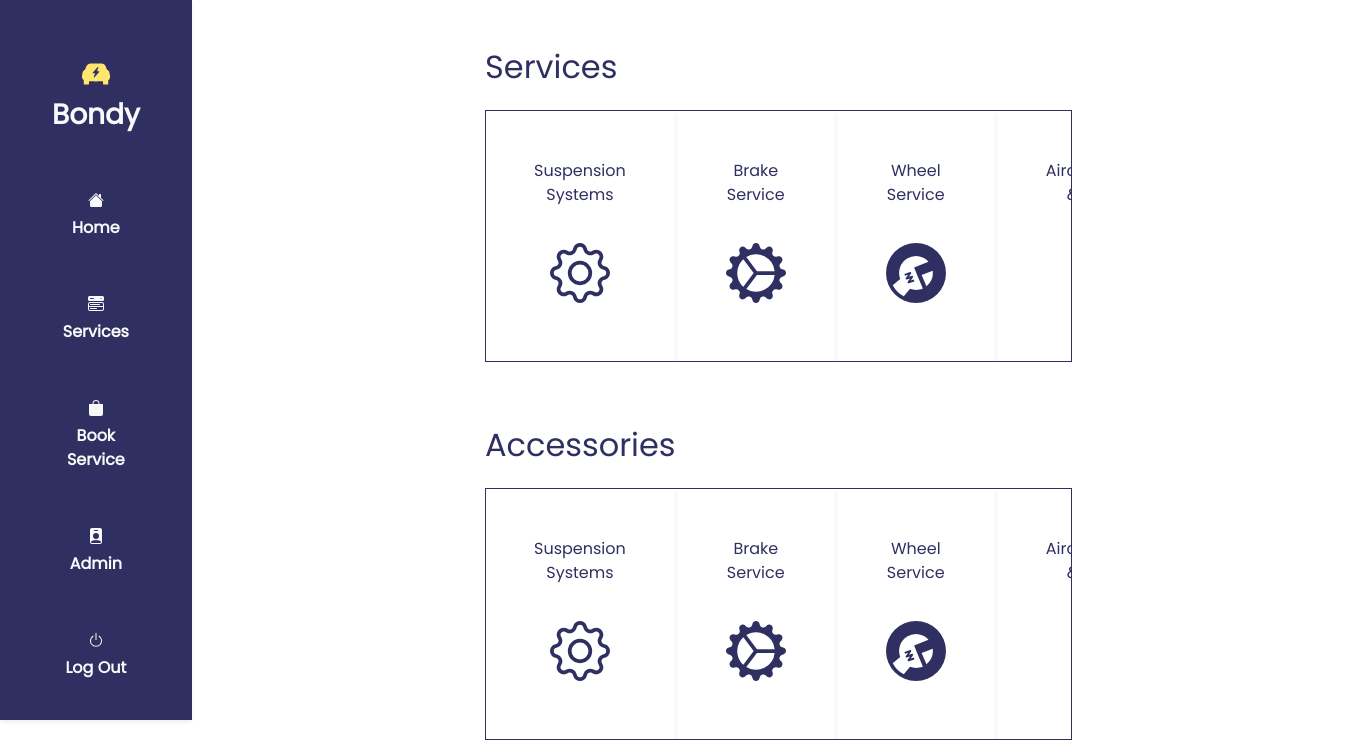
Repository: duzzisantos/bondy
Page: /
The author's editor kept a copy of each file at every save. The page is drawn from the files as they stood at one save, then again after the next save.
The browser window is 1280 px wide. The page is 1365 px wide, then 1280 px, then 1365 px, so the pictures cover 1365 px, including what lies to the right of the window. The pictures show the whole page.
Some web libraries are served in a nearby version. The project was rebuilt for these pictures with package versions that can differ from the ones it lists, and the page was loaded fresh each time.

Above is the page before, as saved 2023-06-18 01:31:13.

### public/index.html
<!DOCTYPE html>
<html lang="en">
  <head>
    <meta charset="utf-8" />
    <link rel="icon" href="%PUBLIC_URL%/favicon.ico" />
    <meta name="viewport" content="width=device-width, initial-scale=1" />
    <meta name="theme-color" content="#000000" />
    <meta
      name="description"
      content="Web site created using create-react-app"
    />
    <link rel="apple-touch-icon" href="%PUBLIC_URL%/logo192.png" />
    <!-- Option 1: Include in HTML -->
    <link
      rel="stylesheet"
      href="https://cdn.jsdelivr.net/npm/bootstrap-icons@1.3.0/font/bootstrap-icons.css"
    />
    <link rel="preconnect" href="https://fonts.googleapis.com" />
    <link rel="preconnect" href="https://fonts.gstatic.com" crossorigin />
    <!--
      manifest.json provides metadata used when your web app is installed on a
      user's mobile device or desktop. See https://developers.google.com/web/fundamentals/web-app-manifest/
    -->
    <link rel="manifest" href="%PUBLIC_URL%/manifest.json" />
    <!--
      Notice the use of %PUBLIC_URL% in the tags above.
      It will be replaced with the URL of the `public` folder during the build.
      Only files inside the `public` folder can be referenced from the HTML.

      Unlike "/favicon.ico" or "favicon.ico", "%PUBLIC_URL%/favicon.ico" will
      work correctly both with client-side routing and a non-root public URL.
      Learn how to configure a non-root public URL by running `npm run build`.
    -->
    <title>React App</title>
  </head>
  <body>
    <noscript>You need to enable JavaScript to run this app.</noscript>
    <div id="root"></div>
    <!--
      This HTML file is a template.
      If you open it directly in the browser, you will see an empty page.

      You can add webfonts, meta tags, or analytics to this file.
      The build step will place the bundled scripts into the <body> tag.

      To begin the development, run `npm start` or `yarn start`.
      To create a production bundle, use `npm run build` or `yarn build`.
    -->
  </body>
</html>

### src/index.js
import React from "react";
import ReactDOM from "react-dom/client";
import "./index.css";
import App from "./App";
import "bootstrap/dist/css/bootstrap.min.css";
import { BrowserRouter as Router } from "react-router-dom";

const root = ReactDOM.createRoot(document.getElementById("root"));
root.render(
  <React.StrictMode>
    <Router>
      <App />
    </Router>
  </React.StrictMode>
);

### src/App.js
import "./App.css";
import "bootstrap";
import SideBar from "./components/Navigation/SideBar";
import { Routes, Route } from "react-router-dom";
import LandingPage from "./views/LandingPage";
function App() {
  return (
    <div className="App d-flex flex-row flex-nowrap">
      <SideBar />
      <Routes>
        <Route path="/" element={<LandingPage />} />
        <Route path="/home" element={<LandingPage />} />
      </Routes>
    </div>
  );
}

export default App;

### src/App.css
@import url("https://fonts.googleapis.com/css2?family=Cabin&family=Montserrat:wght@200&family=Poppins&display=swap");

* {
  font-family: "Poppins", sans-serif;
}
.App {
  text-align: center;
}

.custom-color {
  color: #2f3061 !important;
}

.custom-bg-color {
  background-color: #2f3061;
}

.custom-border {
  border: 1px solid #2f3061;
}

### src/components/Navigation/SideBar.tsx
import React, { FunctionComponent } from "react";
import "react-bootstrap";
import "../../App.css";
import "./Navigation.scss";
import { Link } from "react-router-dom";
import {
  HouseFill,
  BagFill,
  PersonBadgeFill,
  Power,
  EvFrontFill,
  MenuButtonWideFill,
} from "react-bootstrap-icons";

const commonLinkClasses =
  "d-flex flex-column justify-content-center align-items-center p-1 gap-2 text-light text-decoration-none fw-bold";
const SideBar: FunctionComponent = () => {
  return (
    <div className="col-2 vh-100 custom-bg-color shadow-sm p-5 text-light d-flex flex-column vstack gap-5">
      <Link to={"/"} className={commonLinkClasses + " fs-3"}>
        <span>
          <EvFrontFill className="brand-icon-color" /> Bondy
        </span>
      </Link>
      <Link to={"/home"} className={commonLinkClasses}>
        <HouseFill />
        Home
      </Link>

      <Link to={"/services"} className={commonLinkClasses}>
        <MenuButtonWideFill />
        Services
      </Link>

      <Link to={"/book-service"} className={commonLinkClasses}>
        <BagFill />
        Book Service
      </Link>

      <Link to={"/admin"} className={commonLinkClasses}>
        <PersonBadgeFill />
        Admin
      </Link>

      <Link to={"/logout"} className={commonLinkClasses}>
        <Power />
        Log Out
      </Link>
    </div>
  );
};

export default SideBar;

### src/views/LandingPage.tsx
import React, { FunctionComponent } from "react";
import "../components/Home/LandingPage.scss";
import LandingPageScrollContainer from "src/components/Home/LandingPageScrollContainer";
import { servicesList } from "src/components/Home/landingPageContent";

const LandingPage: FunctionComponent = () => {
  const handleClick = () => {
    console.log("This was clicked");
  };
  return (
    <div className="col-lg-11 pt-5 vstack gap-5 d-flex flex-column align-items-center">
      <LandingPageScrollContainer
        content={servicesList}
        category="Services"
        handleClick={handleClick}
      />
      <LandingPageScrollContainer
        content={servicesList}
        category="Accessories"
        handleClick={handleClick}
      />
    </div>
  );
};

export default LandingPage;

### src/components/Navigation/Navigation.scss
.brand-icon-color {
  color: #ffe66d !important;
}

### src/components/Home/LandingPage.scss
.scroll-container-fixed {
  position: fixed !important;
}

.scroll-container-size {
  height: 330px !important;
}

.service-card {
  height: 270px !important;
}

.service-icon-font {
  font-size: 60px !important;
}

### src/components/Home/LandingPageScrollContainer.tsx
import React, { FunctionComponent } from "react";
import "../../App.css";
import { Link } from "react-router-dom";

interface ScrollContainerProps {
  content: any[];
  category: string;
  handleClick: any;
}
const LandingPageScrollContainer: FunctionComponent<ScrollContainerProps> = ({
  content,
  category,
  handleClick,
}) => {
  return (
    <section className="col-6 scroll-container-size">
      <h2 className="text-start mb-4 custom-color">{category}</h2>
      <div className="overflow-x-scroll w-100 d-flex flex-row hstack gap-1 custom-border">
        {content.map((element, index) => (
          <Link
            to={`/services/${element.category}`}
            key={index}
            className={`text-decoration-none text-dark p-5 shadow-sm d-flex flex-column vstack gap-3`}
            style={{ width: "450px" }}
            onClick={handleClick}
          >
            <span className="custom-color">{element.category}</span>
            <span className={`service-icon-font custom-color`}>
              {element.icon}
            </span>
          </Link>
        ))}
      </div>
    </section>
  );
};

export default LandingPageScrollContainer;

### src/components/Home/landingPageContent.tsx
import React from "react";
import {
  Gear,
  GearWideConnected,
  WrenchAdjustableCircleFill,
  Fan,
  DropletHalf,
  CarFrontFill,
} from "react-bootstrap-icons";
export const servicesList = [
  {
    id: 1,
    category: "Suspension Systems",
    icon: <Gear />,
  },
  {
    id: 2,
    category: "Brake Service",
    icon: <GearWideConnected />,
  },
  {
    id: 3,
    category: "Wheel Service",
    icon: <WrenchAdjustableCircleFill />,
  },
  {
    id: 4,
    category: "Airconditioning & Heating",
    icon: <Fan />,
  },
  {
    id: 5,
    category: "Oil Change",
    icon: <DropletHalf />,
  },
  {
    id: 6,
    category: "Body Work",
    icon: <CarFrontFill />,
  },
];

Loaded but not shown: src/index.css (common file)

After the next save:
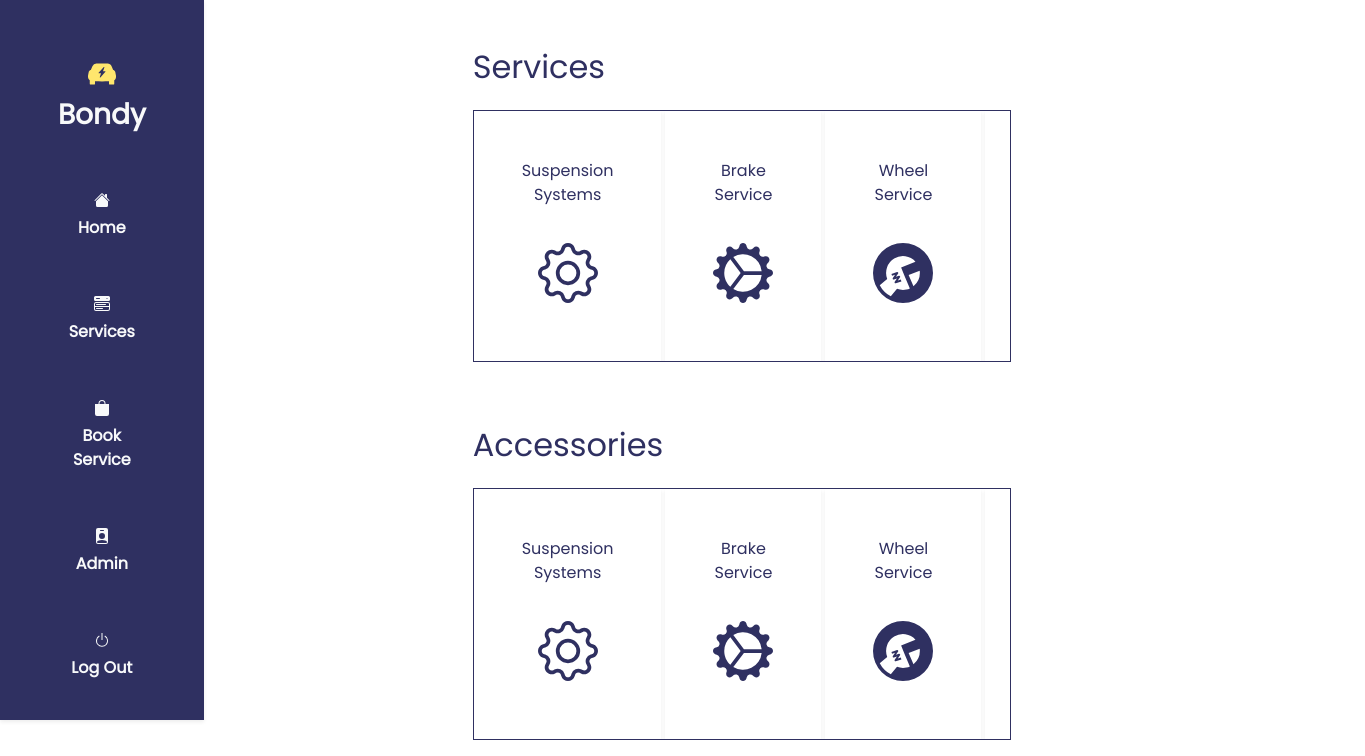
Saved 35 s later.
--- a/src/components/Home/LandingPageScrollContainer.tsx
+++ b/src/components/Home/LandingPageScrollContainer.tsx
@@ -21,7 +21,7 @@
             to={`/services/${element.category}`}
             key={index}
             className={`text-decoration-none text-dark p-5 shadow-sm d-flex flex-column vstack gap-3`}
-            style={{ width: "450px" }}
+            style={{ width: "450px !important" }}
             onClick={handleClick}
           >
             <span className="custom-color">{element.category}</span>

After the save that followed:
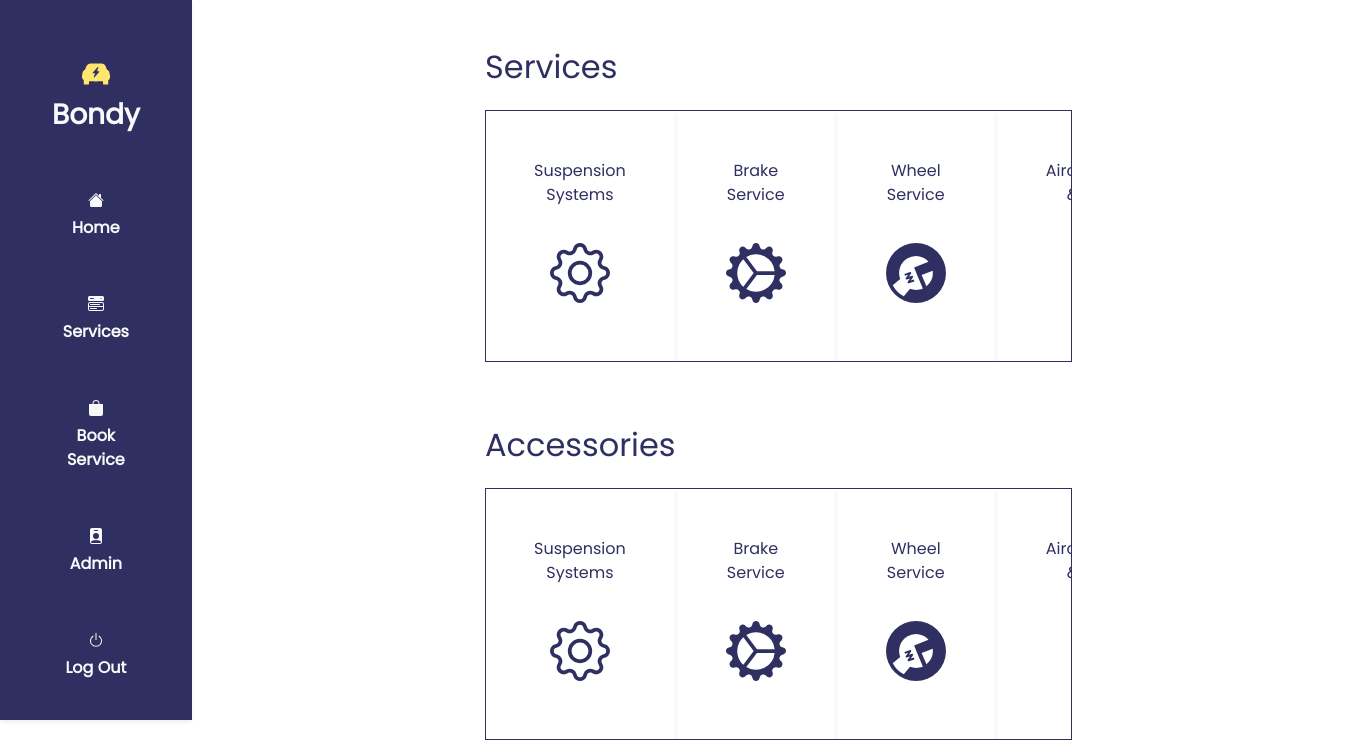
Saved 8 s later.
--- a/src/components/Home/LandingPageScrollContainer.tsx
+++ b/src/components/Home/LandingPageScrollContainer.tsx
@@ -21,7 +21,7 @@
             to={`/services/${element.category}`}
             key={index}
             className={`text-decoration-none text-dark p-5 shadow-sm d-flex flex-column vstack gap-3`}
-            style={{ width: "450px !important" }}
+            style={{ width: "450px" }}
             onClick={handleClick}
           >
             <span className="custom-color">{element.category}</span>
